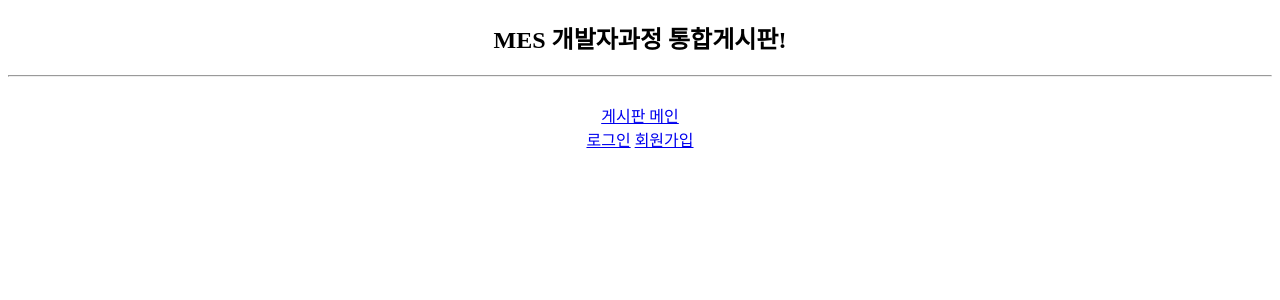
Repository: fffight88/MESboard
Page: http://localhost/practice_board_mvc/jsp/index.jsp
An editor plug-in stored every save of this project. The page is shown before and after the next save, followed by the edit.
The browser window is 1280 px wide. The pictures show the whole page.
The page is served by Tomcat 9.

Above is the page before, as saved 2022-09-15 07:00:04.

After the next save:
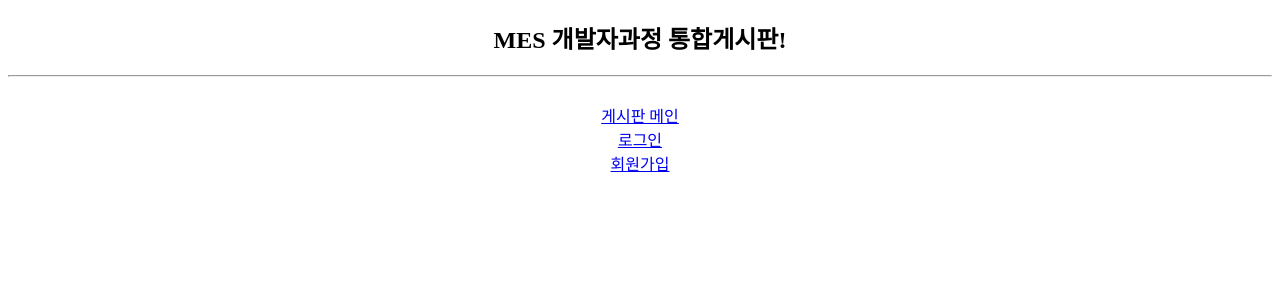
Saved 49 s later.
--- a/practice_board_mvc/src/main/webapp/jsp/index.jsp
+++ b/practice_board_mvc/src/main/webapp/jsp/index.jsp
@@ -13,8 +13,8 @@
 		<br>
 		<a href="${ pageContext.request.contextPath }/board/list.do">게시판 메인</a><br>
 <!-- 		<a href='${ pageContext.request.contextPath }/board/writeForm.do' onclick="window.open(this.href, 'writeForm', 'width=700, height=500, toolbar=1'); return false;">새글 등록</a> -->
-		<a href='${ pageContext.request.contextPath }/login/loginForm.do' onclick="window.open(this.href, 'writeForm', 'width=700, height=500, toolbar=1'); return false;">로그인</a>
-		<a href='${ pageContext.request.contextPath }/login/joinForm.do' onclick="window.open(this.href, 'writeForm', 'width=700, height=500, toolbar=1'); return false;">회원가입</a>
+		<a href='${ pageContext.request.contextPath }/login/loginForm.do' onclick="window.open(this.href, 'writeForm', 'width=700, height=500, toolbar=1'); return false;">로그인</a><br>
+		<a href='${ pageContext.request.contextPath }/login/joinForm.do' onclick="window.open(this.href, 'writeForm', 'width=700, height=500, toolbar=1'); return false;">회원가입</a><br>
 	</div>
 </body>
 </html>
